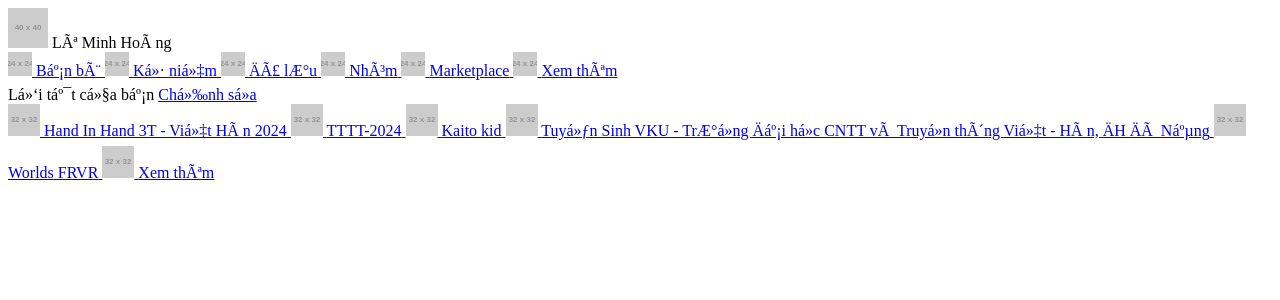
Repository: oafnghh/CassanoSphere
Page: http://localhost/CassanoSphere/www/home/includes/rightBar.jsp
These files come from the project's save history. The page is drawn as it stood at one moment and after the next save; the edit follows.
The browser window is 1280 px wide. The pictures show the whole page.
The page is served by Tomcat 9. Other server files are loaded and not shown.

Above is the page before, as saved 2024-07-15 13:55:04.

### CassanoSphere/webapp/www/home/includes/rightBar.jsp

    <div class="flex flex-col w-64 p-4 bg-card text-card-foreground">

  <div class="flex items-center space-x-3 mb-4">
    <img class="w-10 h-10 rounded-full" src="https://placehold.co/40x40" alt="User profile picture" />
    <span class="font-medium">Lê Minh Hoàng</span>
  </div>

  <nav class="flex flex-col space-y-2">
    <a href="#" class="flex items-center space-x-3 text-foreground hover:bg-muted p-2 rounded">
      <img src="https://placehold.co/24x24?text=👥" alt="Friends icon" />
      <span>Bạn bè</span>
    </a>
    <a href="#" class="flex items-center space-x-3 text-foreground hover:bg-muted p-2 rounded">
      <img src="https://placehold.co/24x24?text=🕒" alt="Memories icon" />
      <span>Kỷ niệm</span>
    </a>
    <a href="#" class="flex items-center space-x-3 text-foreground hover:bg-muted p-2 rounded">
      <img src="https://placehold.co/24x24?text=🔖" alt="Saved icon" />
      <span>Đã lưu</span>
    </a>
    <a href="#" class="flex items-center space-x-3 text-foreground hover:bg-muted p-2 rounded">
      <img src="https://placehold.co/24x24?text=👥" alt="Groups icon" />
      <span>Nhóm</span>
    </a>
    <a href="#" class="flex items-center space-x-3 text-foreground hover:bg-muted p-2 rounded">
      <img src="https://placehold.co/24x24?text=🏬" alt="Marketplace icon" />
      <span>Marketplace</span>
    </a>
    <a href="#" class="flex items-center space-x-3 text-foreground hover:bg-muted p-2 rounded">
      <img src="https://placehold.co/24x24?text=⬇️" alt="See more icon" />
      <span>Xem thêm</span>
    </a>
  </nav>

  <div class="mt-4">
    <div class="flex justify-between items-center mb-2">
      <span class="text-muted-foreground">Lối tắt của bạn</span>
      <a href="#" class="text-primary hover:underline">Chỉnh sửa</a>
    </div>
    <nav class="flex flex-col space-y-2">
      <a href="#" class="flex items-center space-x-3 text-foreground hover:bg-muted p-2 rounded">
        <img class="w-8 h-8 rounded-full" src="https://placehold.co/32x32" alt="Hand In Hand 3T - Việt Hàn 2024" />
        <span>Hand In Hand 3T - Việt Hàn 2024</span>
      </a>
      <a href="#" class="flex items-center space-x-3 text-foreground hover:bg-muted p-2 rounded">
        <img class="w-8 h-8 rounded-full" src="https://placehold.co/32x32" alt="TTTT-2024" />
        <span>TTTT-2024</span>
      </a>
      <a href="#" class="flex items-center space-x-3 text-foreground hover:bg-muted p-2 rounded">
        <img class="w-8 h-8 rounded-full" src="https://placehold.co/32x32" alt="Kaito kid" />
        <span>Kaito kid</span>
      </a>
      <a href="#" class="flex items-center space-x-3 text-foreground hover:bg-muted p-2 rounded">
        <img class="w-8 h-8 rounded-full" src="https://placehold.co/32x32" alt="Tuyển Sinh VKU - Trường Đại học CNTT và Truyền thông Việt - Hàn, ĐH Đà Nẵng" />
        <span>Tuyển Sinh VKU - Trường Đại học CNTT và Truyền thông Việt - Hàn, ĐH Đà Nẵng</span>
      </a>
      <a href="#" class="flex items-center space-x-3 text-foreground hover:bg-muted p-2 rounded">
        <img class="w-8 h-8 rounded-full" src="https://placehold.co/32x32" alt="Worlds FRVR" />
        <span>Worlds FRVR</span>
      </a>
      <a href="#" class="flex items-center space-x-3 text-foreground hover:bg-muted p-2 rounded">
        <img class="w-8 h-8 rounded-full" src="https://placehold.co/32x32" alt="See more" />
        <span>Xem thêm</span>
      </a>
    </nav>
  </div>
</div>

After the next save:
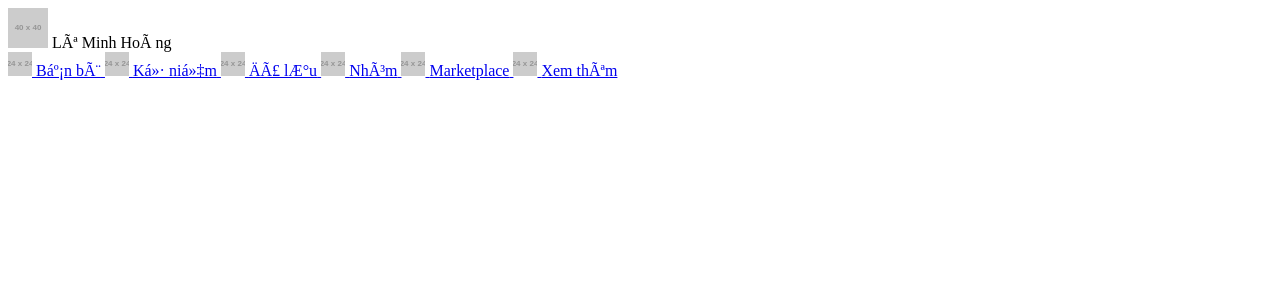
Saved 41 s later.
--- a/CassanoSphere/webapp/www/home/includes/rightBar.jsp
+++ b/CassanoSphere/webapp/www/home/includes/rightBar.jsp
@@ -33,36 +33,4 @@
     </a>
   </nav>
 
-  <div class="mt-4">
-    <div class="flex justify-between items-center mb-2">
-      <span class="text-muted-foreground">Lối tắt của bạn</span>
-      <a href="#" class="text-primary hover:underline">Chỉnh sửa</a>
-    </div>
-    <nav class="flex flex-col space-y-2">
-      <a href="#" class="flex items-center space-x-3 text-foreground hover:bg-muted p-2 rounded">
-        <img class="w-8 h-8 rounded-full" src="https://placehold.co/32x32" alt="Hand In Hand 3T - Việt Hàn 2024" />
-        <span>Hand In Hand 3T - Việt Hàn 2024</span>
-      </a>
-      <a href="#" class="flex items-center space-x-3 text-foreground hover:bg-muted p-2 rounded">
-        <img class="w-8 h-8 rounded-full" src="https://placehold.co/32x32" alt="TTTT-2024" />
-        <span>TTTT-2024</span>
-      </a>
-      <a href="#" class="flex items-center space-x-3 text-foreground hover:bg-muted p-2 rounded">
-        <img class="w-8 h-8 rounded-full" src="https://placehold.co/32x32" alt="Kaito kid" />
-        <span>Kaito kid</span>
-      </a>
-      <a href="#" class="flex items-center space-x-3 text-foreground hover:bg-muted p-2 rounded">
-        <img class="w-8 h-8 rounded-full" src="https://placehold.co/32x32" alt="Tuyển Sinh VKU - Trường Đại học CNTT và Truyền thông Việt - Hàn, ĐH Đà Nẵng" />
-        <span>Tuyển Sinh VKU - Trường Đại học CNTT và Truyền thông Việt - Hàn, ĐH Đà Nẵng</span>
-      </a>
-      <a href="#" class="flex items-center space-x-3 text-foreground hover:bg-muted p-2 rounded">
-        <img class="w-8 h-8 rounded-full" src="https://placehold.co/32x32" alt="Worlds FRVR" />
-        <span>Worlds FRVR</span>
-      </a>
-      <a href="#" class="flex items-center space-x-3 text-foreground hover:bg-muted p-2 rounded">
-        <img class="w-8 h-8 rounded-full" src="https://placehold.co/32x32" alt="See more" />
-        <span>Xem thêm</span>
-      </a>
-    </nav>
-  </div>
 </div>
